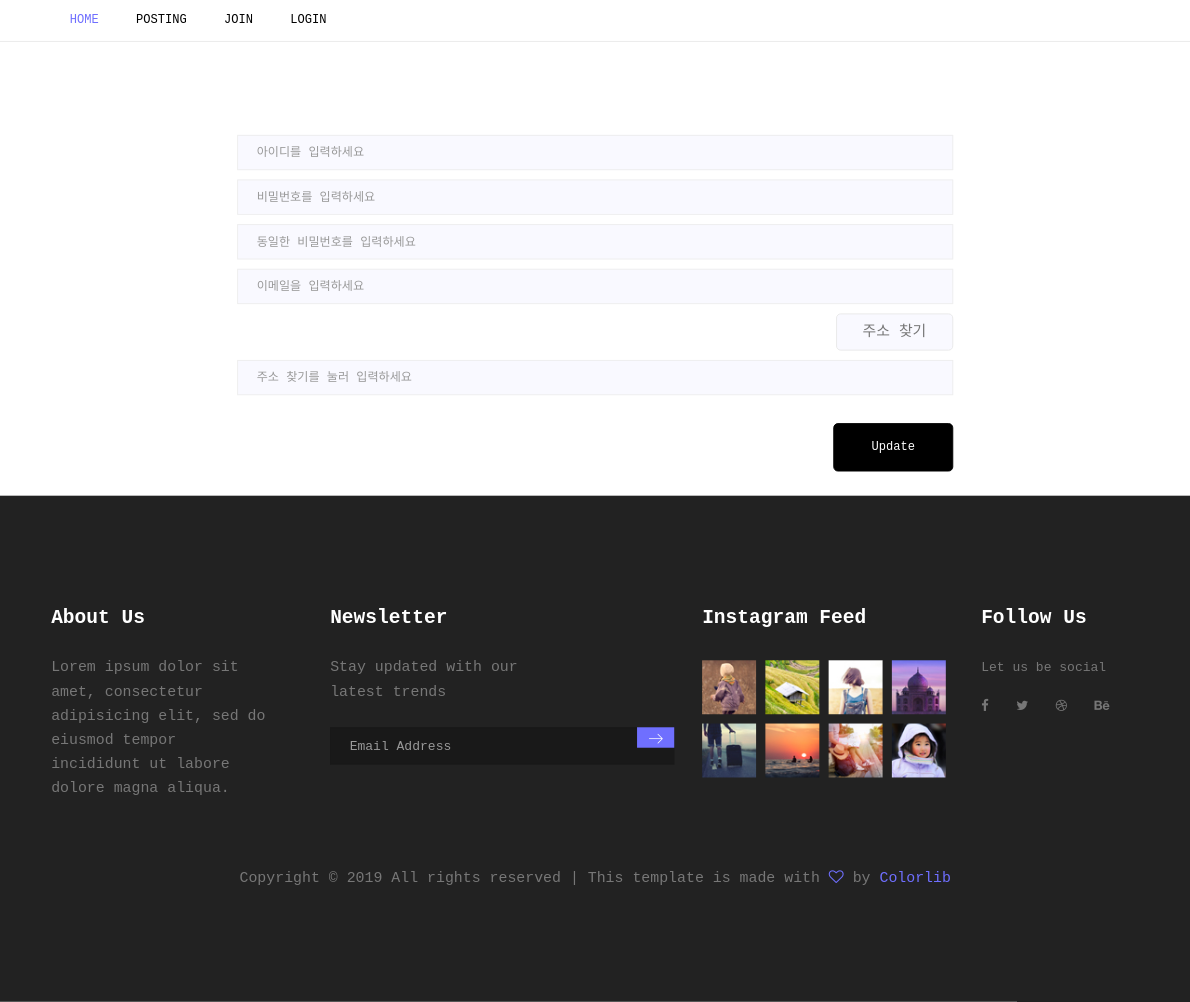
Repository: juneyj114/jspblog
Page: http://localhost/blog/user/userProfileForm.jsp
An editor plug-in stored every save of this project. The page is shown before and after the next save, followed by the edit.
The browser window is 1280 px wide. The pictures show the whole page, at 93% of full size.
Some web fonts or font styles are not loaded; a fallback is used. The page is served by Tomcat 9.

Above is the page before, as saved 2019-11-13 05:28:26.

After the next save:
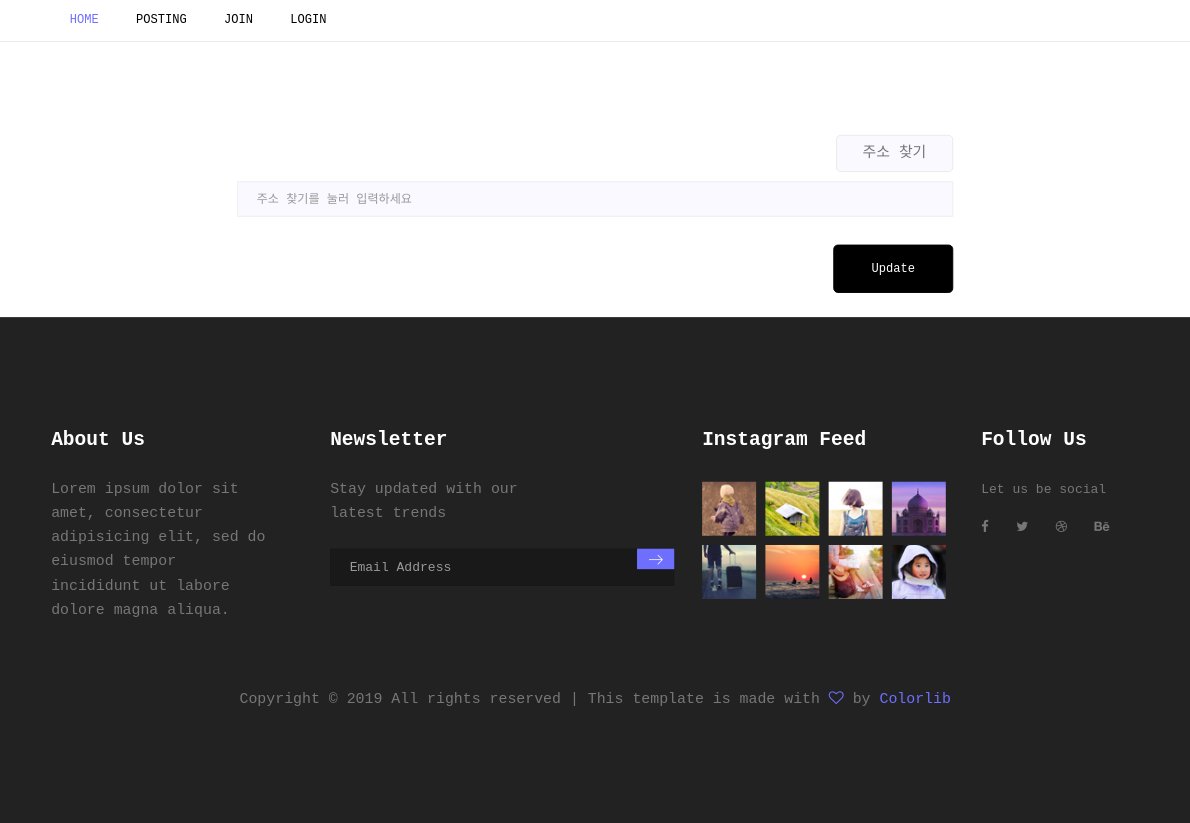
Saved 65 s later.
--- a/blog/WebContent/user/userProfileForm.jsp
+++ b/blog/WebContent/user/userProfileForm.jsp
@@ -9,27 +9,7 @@
 			<div class="col-lg-2"></div>
 			<div class="col-lg-8">
 				<form class="row contact_form" action="/blog/user?&cmd=update" method="post" onsubmit="return validateCheck()">
-				<input type="hidden" name="id" value="${sessionScope.user.id }"/>
-					<div class="col-md-12">
-						<div class="form-group">
-							<input type="text" class="form-control" value="${sessionScope.user.username}" name="username" placeholder="아이디를 입력하세요" maxlength="20" readonly>
-						</div>
-					</div>
-					<div class="col-md-12">
-						<div class="form-group">
-							<input type="password" class="form-control" id="password" name="password" placeholder="비밀번호를 입력하세요" required="required" maxlength="20">
-						</div>
-					</div>
-					<div class="col-md-12">
-						<div class="form-group">
-							<input type="password" class="form-control" id="passwordCheck" name="passwordCheck" placeholder="동일한 비밀번호를 입력하세요" required="required" maxlength="20">
-						</div>
-					</div>
-					<div class="col-md-12">
-						<div class="form-group">
-							<input type="email" class="form-control" value="${sessionScope.user.email}" name="email" placeholder="이메일을 입력하세요" maxlength="40" readonly>
-						</div>
-					</div>
+
 					<!-- 도로명주소 -->
 					<div class="col-md-12">
 						<div class="form-group float-right">
